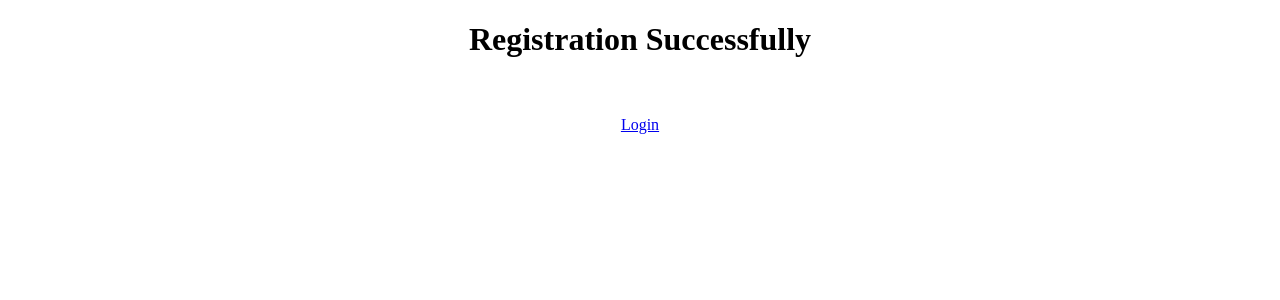
Repository: priyankamergu/MyAllProjects
Page: http://localhost/NewTrainingServlet/RegistrationSucc.jsp
An editor plug-in stored every save of this project. The page is shown before and after the next save, followed by the edit.
The browser window is 1280 px wide. The pictures show the whole page.
The page is served by Tomcat 9.

Above is the page before, as saved 2019-11-07 15:53:07.

After the next save:
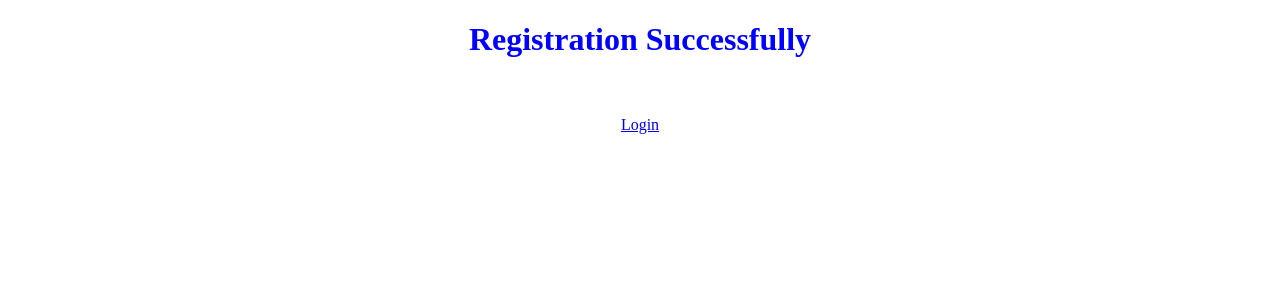
Saved 12 s later.
--- a/Workspace_JEE7_WEB/NewTrainingServlet/WebContent/RegistrationSucc.jsp
+++ b/Workspace_JEE7_WEB/NewTrainingServlet/WebContent/RegistrationSucc.jsp
@@ -8,7 +8,7 @@
 </head>
 <body>
 <center>
-<h1>Registration Successfully</h1><br><br>
+<h1 style="color:blue;">Registration Successfully</h1><br><br>
 <a href="Login.jsp">Login</a>
 </center>
 </body>
